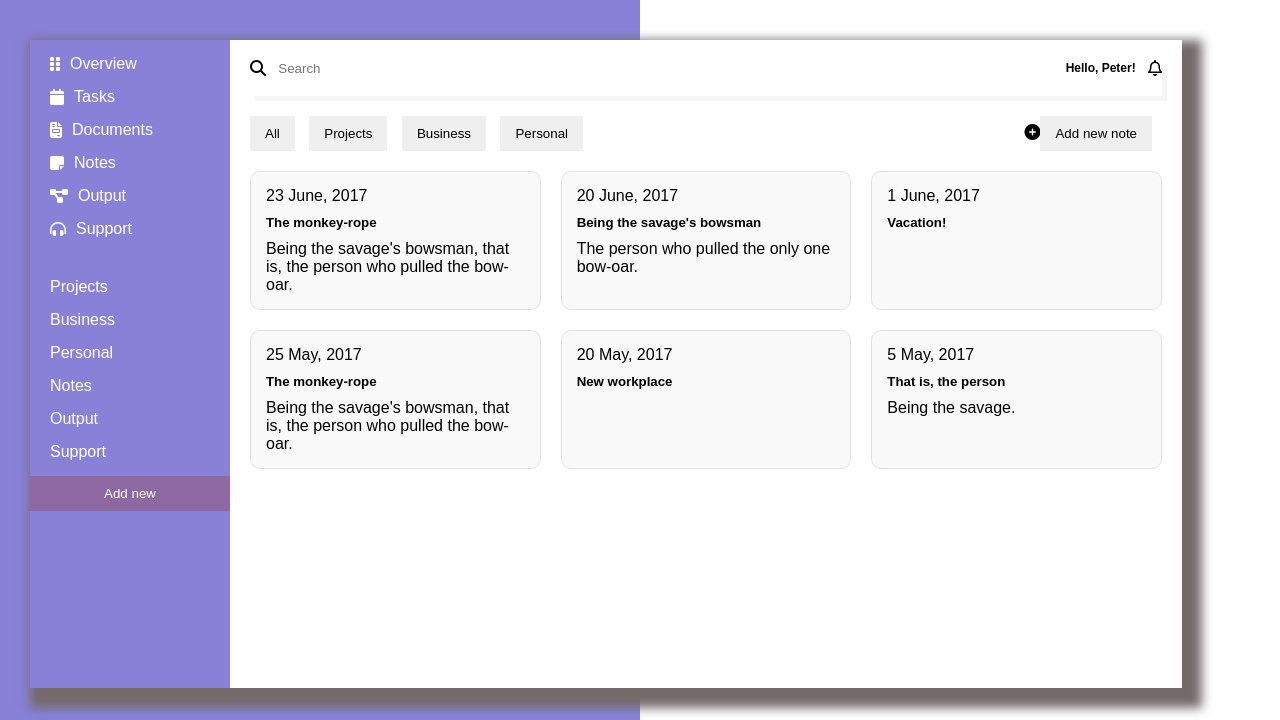
Repository: SatenikGabrielyan/HTML_CSS-_Assignment
Page: index.html
An editor plug-in stored every save of this project. The page is shown before and after the next save, followed by the edit.
The browser window is 1280 px wide. The pictures show the whole page.
Some web libraries are served in a nearby version.

Above is the page before, as saved 2025-03-18 00:11:13.

### index.html
<!DOCTYPE html>
<html lang="en">
  <head>
    <meta charset="UTF-8" />
    <meta name="viewport" content="width=device-width, initial-scale=1.0" />
    <title>Notes App</title>
    <link rel="stylesheet" href="./style.css" />
    <script src="https://kit.fontawesome.com/858d305f19.js" crossorigin="anonymous"></script>
</head>
  <body>
      <div class="cont">
          <div class="purp"></div>
          <div class="whit"></div>
      </div>
    <div class="container">
      <aside class="sidebar">
        <!-- <header class="circle">
            <i class="fa-regular fa-circle"></i>
        </header> -->
        <nav>
            <ul class="first">
                <li><i class="fa-solid fa-grip-vertical"></i>Overview</li>
                <li> <i class="fa-solid fa-calendar"></i>Tasks</li>
                <li><i class="fa-solid fa-file-invoice"></i>Documents</li>
                <li><i class="fa-solid fa-note-sticky"></i>Notes</li>
                <li><i class="fa-solid fa-diagram-project"></i>Output</li>
                <li><i class="fa-solid fa-headphones-simple"></i>Support</li>
            </ul>
            <ul class="second">
                <li>Projects</li>
                <li>Business</li>
                <li>Personal</li>
                <li>Notes</li>
                <li>Output</li>
                <li>Support</li>
            </ul>
        </nav>
        <button class="add-new">Add new</button>
    </aside>

    <main class="main-content">
       <div class="header">
            <i class="fas fa-search"></i>  <input type="text" placeholder="Search">
            <h3>Hello, Peter!</h3> <i class="fa-regular fa-bell"></i>
    </div>
    <div class="proj">
        <div class="but">
        <div class="tabs">
            <button>All</button>
            <button>Projects</button>
            <button>Business</button>
            <button>Personal</button>
        </div>
        <div >
            <i class="fa-solid fa-circle-plus"></i><button class="add tabs">Add new note</button>
        </div>
    </div>
        <div class="notes-grid">
            <div class="note-card">
                <h4>23 June, 2017</h4>
                <h5>The monkey-rope</h5>
                <p>Being the savage's bowsman, that is, the person who pulled the bow-oar.</p>
            </div>
            <div class="note-card">
                <h4>20 June, 2017</h4>
                <h5>Being the savage's bowsman</h5>
                <p>The person who pulled the only one bow-oar.</p>
            </div>
            <div class="note-card">
                <h4>1 June, 2017</h4>
                <h5>Vacation!</h5>
            </div>
            <div class="note-card">
                <h4>25 May, 2017</h4>
                <h5>The monkey-rope</h5>
                <p>Being the savage's bowsman, that is, the person who pulled the bow-oar.</p>
            </div>
            <div class="note-card">
                <h4>20 May, 2017</h4>
                <h5>New workplace</h5>
            </div>
            <div class="note-card">
                <h4>5 May, 2017</h4>
                <h5>That is, the person</h5>
                <p>Being the savage.</p>
            </div>
        </div>
    </div>
    </main>

    </div>

  </body>
</html>

### style.css
/* CSS Variables for Colors */
:root {
    --bg-color: #fbfbfb;
    --primary-color: #8981d8;
    --secondary-color: #d0d0d0;
    --text-color: #858499;
    --highlight-color: #7f77cc;
    --hover-color: rgba(137, 129, 216, 0.5);
  }


  * {
    margin: 0;
    padding: 0;
    box-sizing: border-box;
  }

  body {
    font-family: Arial, sans-serif;
    /* background-color: var(--bg-color); */
    display: flex;
    height: 100vh;
  }
  .wrapper{
    position: relative;
  }

  .cont{
      display: flex;
      width: 100%;
      position: relative;
      z-index: -1;
      border-radius: 10px;
  }
.purp {
    width: 50%;
    background-color: var(--primary-color);
    flex-direction: row;
}
.whit {
    width: 50%;
    /* background-color: lightgray; */
    flex-direction: row;
}
  .container {
    display: flex;
    width: 90%;
    height: 90%;

    box-shadow: 10px 10px 10px 10px rgb(116, 106, 106);
    margin-left: 30px;
    margin-right: 30px;
    margin-top: 40px;
    margin-bottom: 80px;
    background: center;
    position: absolute;
    z-index: 2;
  }

   .sidebar {
    width: 200px;
    background-color: var(--primary-color);
    color: #fff;
    display: flex;
    flex-direction: column;
    /* padding: 20px; */
  }

  /* .main-content li {
    float: left;
  }

  .main-content li a {
    display: block;
    color: white;
    text-align: center;
    padding: 14px 16px;
    text-decoration: none;
  }

  .main-content li a:hover:not(.active) {
    background-color: #111;
  } */
  .first {
    /* list-style-type: none; */
    /* list-style: none; */
}
.first li {
    margin: 15px 0;
    display: flex;
    align-items: center;
    cursor: pointer;
    padding-left: 20px;
}
  .sidebar-header h2 {
    margin-bottom: 20px;
  }

  .first li i {
    margin-right: 10px;
  }
  .second {
      margin-top: 40px;
  }
 .second li {
    margin: 15px 0;
    display: flex;
    align-items: center;
    cursor: pointer;
    padding-left: 20px;
 }
 .second li::marker {
    color: red;
  }
  .main-content {
    background-color: white;
    /* width: 200px; */
    flex-grow: 1;
    flex: 1;
    /* padding-top: 20px; */
     padding: 20px;
    /* overflow-y: auto;  */
  }

   /* header {
    display: flex;
    justify-content: space-between;
    align-items: center;
    margin-bottom: 20px;
  } */

  /*
  .header-left p {
    font-size: 1.2em;
    color: var(--text-color);
  }

  .header-right {
    display: flex;
    align-items: center;
  }

  .header-right i {
    margin-right: 20px;
    cursor: pointer;
  }

  .add-note-btn {
    background-color: var(--primary-color);
    color: #fff;
    border: none;
    padding: 10px 20px;
    cursor: pointer;
    display: flex;
    align-items: center;
  }

  .add-note-btn i {
    margin-right: 10px;
  }


  .notes-grid {
    display: grid;
    grid-template-columns: repeat(auto-fill, minmax(300px, 1fr));
    gap: 20px;
  }

  .note-item {
    background-color: #fff;
    border-radius: 8px;
    box-shadow: 0 2px 4px rgba(0, 0, 0, 0.1);
    overflow: hidden;
    display: flex;
    flex-direction: column;
    padding: 20px;
  }

  .note-item img {
    width: 100%;
    height: auto;
    border-radius: 8px;
    margin-bottom: 15px;
  }

  .note-item p {
    color: var(--text-color);
    font-size: 1em;
    line-height: 1.5;
  }


  .sidebar-list li:hover {
    background-color: var(--highlight-color);
    transition: background-color 0.3s ease;
  }


  @media (max-width: 768px) {
    .container {
      flex-direction: column;
    }

    .sidebar {
      width: 100%;
      flex-direction: row;
      justify-content: space-around;
      padding: 10px;
    }

    .sidebar-list {
      display: flex;
      flex-direction: row;
      gap: 15px;
    }

    .sidebar-list li {
      margin: 0;
    }

    .main-content {
      padding: 10px;
    }

    header {
      flex-direction: column;
      align-items: flex-start;
    }

    .header-right {
      margin-top: 10px;
    }

    .notes-grid {
      grid-template-columns: 1fr;
    }

    .note-item {
      padding: 10px;
    }

    .note-item img {
      margin-bottom: 10px;
    }
  } */
  /* .sidebar {
    background-color: #5e4b9a;
    color: white;
    width: 300px;
    padding: 20px;
} */

/* .sidebar header {
    font-size: 24px;
}

.sidebar nav ul {
    list-style: none;
    padding: 0;
}

.sidebar nav ul li {
    margin: 15px 0;
} */

.add-new {
    background-color: #8e68a0;
    color: white;
    border: none;
    padding: 10px;
    cursor: pointer;
}

.header {
    display: flex;
    width: 100%;
    justify-content: space-between;
    align-items: center;
    background-color: white;
    box-shadow: 5px  5px rgb(247, 246, 246);
    padding-bottom: 20px;
}

.header input {
    border: none;
    margin: 0;
    width: 85%;
}

.header h3 {
    margin: 0;
    font-size: 12px;
}

.tabs {
    margin: 20px 0;
}

.tabs button {
    margin-right: 10px;
    padding: 10px 15px;
    border: none;
    /* background-color: #e2e2e2; */
    cursor: pointer;
}
.tabs :hover {
    background-color: var(--highlight-color);
    transition: background-color 0.3s ease;
  }

.notes-grid {
    display: grid;
    grid-template-columns: repeat(auto-fill, minmax(240px, 1fr));
    gap: 20px;
}
.but{
    display: flex;
    flex-direction: row;
    justify-content: space-between;
}
.add {
    margin-right: 10px;
    padding: 10px 15px;
    border: none;
    cursor: pointer;
}

.note-card {
    border: 1px solid #e2e2e2;
    border-radius: 10px;
    padding: 15px;
    background-color: #f9f9f9;
}

.note-card h4 {
    margin: 0;
    font-weight: normal;
}

.note-card h5 {
    margin: 10px 0;
}

After the next save:
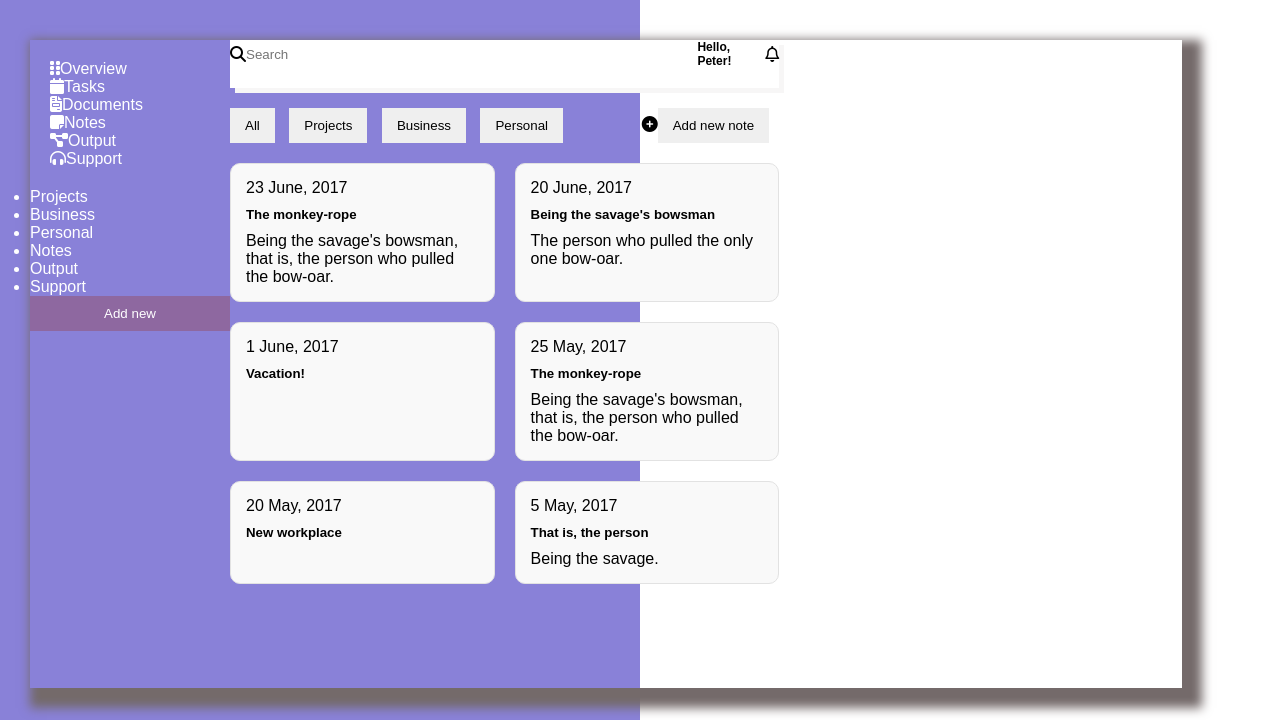
Saved 4 s later.
--- a/style.css
+++ b/style.css
@@ -82,8 +82,8 @@
     background-color: #111;
   } */
   .first {
-    /* list-style-type: none; */
-    /* list-style: none; */
+    list-style-type: none; */
+    /* list-style: none;
 }
 .first li {
     margin: 15px 0;

After the save that followed:
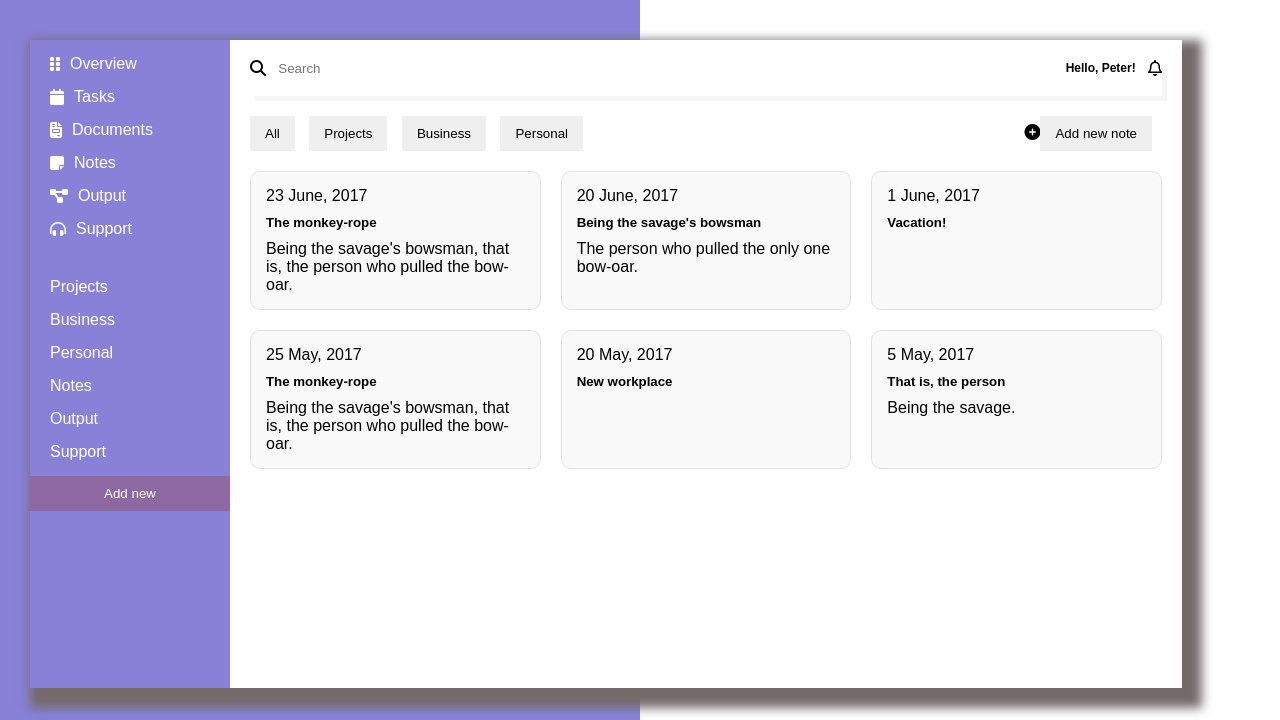
Saved 4 s later.
--- a/style.css
+++ b/style.css
@@ -83,7 +83,7 @@
   } */
   .first {
     list-style-type: none; */
-    /* list-style: none;
+    /* /* list-style: none; */
 }
 .first li {
     margin: 15px 0;
